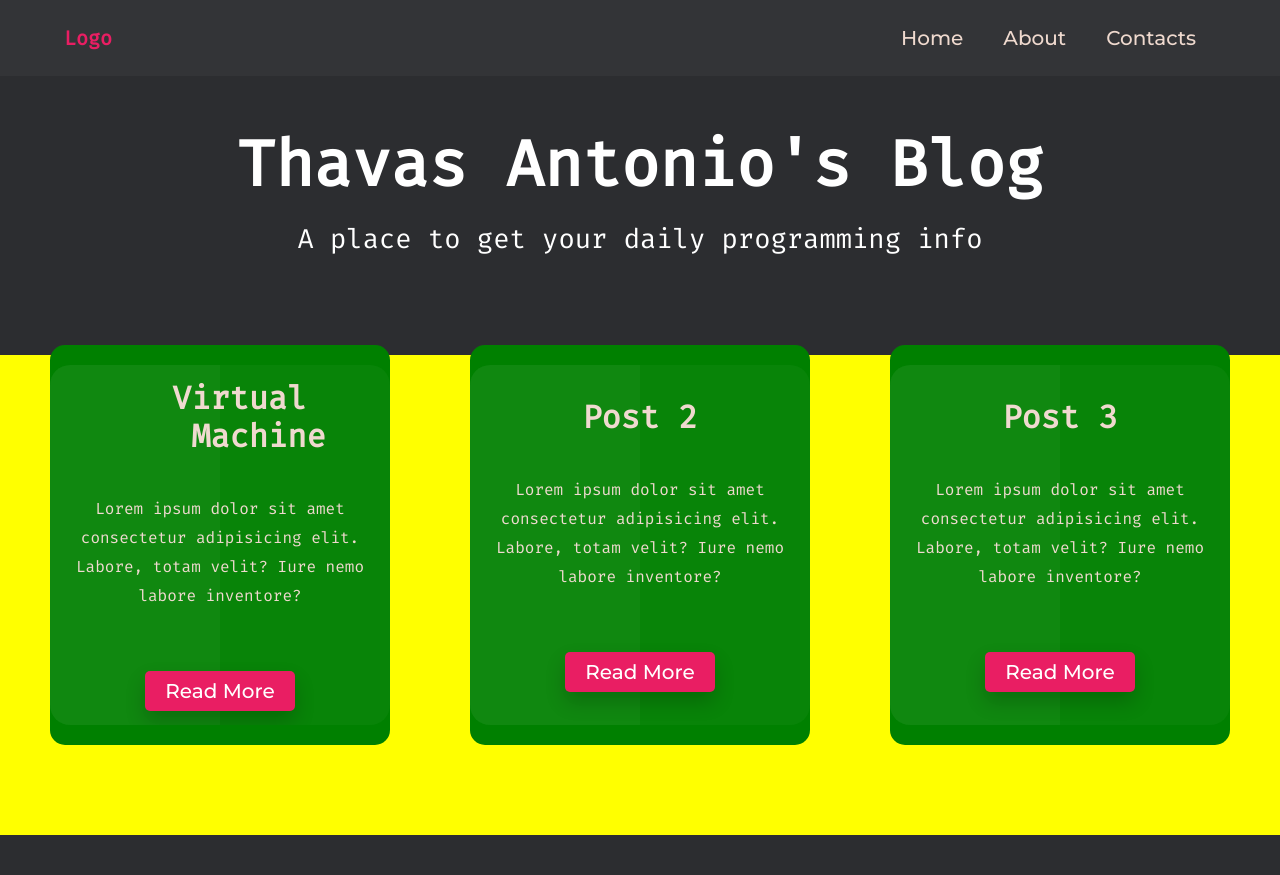
Repository: BuddyBob/thavasantonio
Page: /
The author's editor kept a copy of each file at every save. The page is drawn from the files as they stood at one save, then again after the next save.
The browser window is 1280 px wide. The pictures show the whole page.
The project was rebuilt for these pictures with package versions that can differ from the ones it lists, and the page was loaded fresh each time. A package was used in the major version that the imports need, not the one package.json lists. Also part of the build but not shown: src/components/CodeBlock.js, src/components/Pages/Virtual-Machine/VM.css, src/components/Pages/Virtual-Machine/VM.js.

Above is the page before, as saved 2021-08-20 15:25:30.

### public/index.html
<!DOCTYPE html>
<html lang="en">
  <head>
    <meta charset="utf-8" />
    <link rel="icon" href="%PUBLIC_URL%/favicon.ico" />
    <meta name="viewport" content="width=device-width, initial-scale=1" />
    <meta name="theme-color" content="#000000" />
    <link rel="preconnect" href="https://fonts.googleapis.com">
    <link rel="preconnect" href="https://fonts.gstatic.com" crossorigin>
    <meta
      name="description"
      content="Web site created using create-react-app"
    />
    <!-- google fonts -->
    <link href="https://fonts.googleapis.com/css2?family=Fira+Mono&display=swap" rel="stylesheet">

    <!-- code highligter -->

    <link rel="apple-touch-icon" href="%PUBLIC_URL%/logo192.png" />
    <link rel="manifest" href="%PUBLIC_URL%/manifest.json" />
    <title>thavasantonio</title>
  </head>
  <body>
    <noscript>You need to enable JavaScript to run this app.</noscript>
    <div id="root"></div>
  </body>
</html>

### src/index.css
:root {
  --background-color: #2c2d30;
  --text-color: #EFD9CE;
  --highlight-color: #e91e63;
  --white: white;
}

* {
  margin: 0;
  padding: 0;
  font-family: "Fira Mono","Poppins", sans-serif;
}

body {
  justify-content: center;
  align-items: center;
  background: var(--background-color);
}
.post-title{
  font-family: "Poppins", "Fira Mono", sans-serif;
  color:var(--highlight-color);
  font-size:2.5em;
  margin-top:7%;
  margin-bottom:4%;

}

p{
  font-family: "Fira Mono", "Poppins", sans-serif;
  font-size:16pt;
  color: var(--text-color);
  line-height:180%;
  margin-top:40px;
  margin-bottom:40px;
}

/*
.########.....###....##....##.##....##.########.########.
.##.....##...##.##...###...##.###...##.##.......##.....##
.##.....##..##...##..####..##.####..##.##.......##.....##
.########..##.....##.##.##.##.##.##.##.######...########.
.##.....##.#########.##..####.##..####.##.......##...##..
.##.....##.##.....##.##...###.##...###.##.......##....##.
.########..##.....##.##....##.##....##.########.##.....##
*/
.img-container {
  position: relative;
  height:100%;
  margin-bottom:100px;
  margin-top:50px;
}

.inner-container {
  text-align: center;
  position: relative;
  width: 100%;
  color: var(--white);

}

h1 {
  font-size: 4em;
}

h2 {
  margin-top:20px;
  font-size: 1.7em;
  text-align: center;
  font-weight: 400;
}

@media screen and (max-width:1260px){
  h1{
    font-size: 3em;
  }
  h2{
    font-size: 1.4em;
  }
}
@media only screen and (max-width:920px){
  .inner-container{
    margin-top: 100px;
  }
}

@media only screen and (max-width:540px){
  .inner-container{
    margin-top:150px;
  }
  h1{
    font-size: 2.5em;
  }
  h2{
    font-size: 1.4em;
  }
}

### src/components/Card.css
@import url("https://fonts.googleapis.com/css2?family=Poppins:wght@300;400;500;700;800&display=swap");

body .card-container {
  display: flex;
  justify-content: center;
  align-items: center;
  flex-wrap: wrap;
  margin: 40px 0;
  background-color:yellow
}

body .card-container .card {
  background-color:green;
  position: relative;
  min-width: 340px;
  height: 400px;
  border-radius: 15px;
  margin: 40px;
  transition: 0.5s;
  bottom:50px;
}



body .card-container .card .box {
  position: absolute;
  top: 20px;
  left: 0px;
  right: 0px;
  bottom: 20px;
  border-radius: 20px;
  display: flex;
  justify-content: center;
  align-items: center;
  overflow: hidden;
  transition: 0.2s;
  background: rgba(255, 255, 255, 0.03);
}

body .card-container .card .box:hover {
  transform: translateY(-20px);
}

body .card-container .card .box:before {
  content: "";
  position: absolute;
  top: 0;
  left: 0;
  width: 50%;
  height: 100%;
  background: rgba(255, 255, 255, 0.03);
}

body .card-container .card .box .content {
  padding: 20px;
  text-align: center;
}


body .card-container .card .box .content h3 {
  font-size: 2rem;
  color: var(--text-color);
  z-index: 1;
  transition: 0.5s;
  margin-bottom: 15px;
}

body .card-container .card .box .content p {
  font-size: 1rem;
  font-weight: 300;
  color: var(--text-color);
  z-index: 1;
  transition: 0.5s;
}

.card-button {
  position: relative;
  display: inline-block;
  padding: 8px 20px;
  background-color: #e91e63;
  border-radius: 5px;
  text-decoration: none;
  color: white;
  margin-top: 20px;
  box-shadow: 0 10px 20px rgba(0, 0, 0, 0.2);
  transition: 0.5s;
}
.card-button:hover {
  box-shadow: 0 10px 20px rgba(0, 0, 0, 0.6);
  background: var(--text-color);
  color: #000;
}

### src/components/NavBar.css
@import url('https://fonts.googleapis.com/css2?family=Montserrat:wght@500&display=swap');w

li, a{
    font-family: "Montserrat", sans-serif;
    color:var(--text-color);
    font-size: 20px;
    text-decoration:none;
}
header {
    display:flex;
    justify-content:flex-end;
    align-items:center;
    padding:26px 5%;
    background-color:rgba(255, 255, 255, 0.03)
}

.logo{
    cursor:pointer;
    margin-right:auto;
    font-size: 20px;
    color:var(--highlight-color)
}

.nav_links{
    list-style:none;
}

.nav_links li{
    display:inline-block;
    padding:0px 20px;
}

.nav_links li a{
    transition: all 0.3s ease 0s;
}

.nav_links li a:hover{
    color:var(--highlight-color)
}

### src/Home.js
import React from 'react'
import Card from './components/Card'
import NavBar from './components/NavBar'
export default function Home() {
    return (
        <div>
            {/* nav bar */}
            <div>
                <NavBar/>
            </div>
            {/* banner */}
            <div className="img-container">
                <div className="inner-container">
                    <h1>Thavas Antonio's Blog</h1>
                    <h2>A place to get your daily programming info</h2>
                </div>
            </div>
            {/* post cards */}
            <div className="posts">
                <div className="card-container">
                    <Card link="virtual-machine" title="&ensp;&nbsp;&nbsp;&nbsp;Virtual &ensp;&nbsp;&nbsp;&nbsp; Machine" description="Lorem ipsum dolor sit amet consectetur adipisicing elit. Labore, totam velit? Iure nemo labore inventore?"/>
                    <Card title="Post 2" description="Lorem ipsum dolor sit amet consectetur adipisicing elit. Labore, totam velit? Iure nemo labore inventore?"/>
                    <Card title="Post 3" description="Lorem ipsum dolor sit amet consectetur adipisicing elit. Labore, totam velit? Iure nemo labore inventore?"/>
                </div>
            </div>

        </div>
    )
}

### src/components/Card.js
import React from 'react'
import { Link } from 'react-router-dom'
export default function Card(props) {
    return (
            <div className="card">
                <div className="box">
                    <div className="content">
                        <h3>{props.title}</h3>
                        <p>{props.description}</p>
                        <Link to={"/"+props.link} className="card-button" href="#">Read More</Link>
                    </div>
                </div>
            </div>
    )
}

### src/components/NavBar.js
import React from 'react'
import { Link } from 'react-router-dom'
export default function NavBar() {
    return (
        <div>
            <header>
                <h4 className="logo">Logo</h4>
                <nav>
                    <ul className="nav_links">
                        <li><Link to="/">Home</Link></li>
                        <li><Link to="/about">About</Link></li>
                        <li><Link to="/contacts">Contacts</Link></li>
                    </ul>
                </nav>
            </header>
        </div>
    )
}

Loaded but not shown: src/index.js (common file); src/App.js (common file)

After the next save:
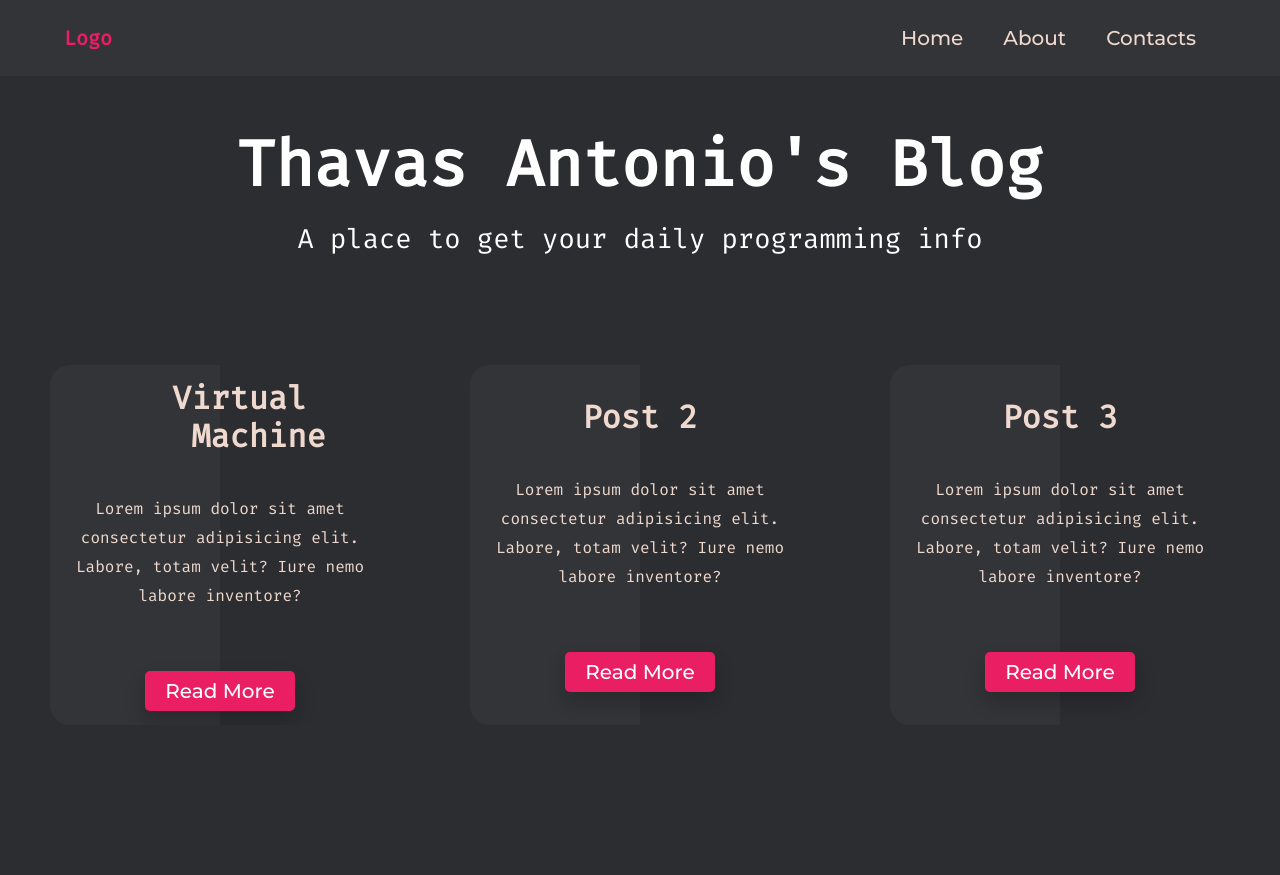
Saved 30 s later.
--- a/src/components/Card.css
+++ b/src/components/Card.css
@@ -6,11 +6,9 @@ body .card-container {
   align-items: center;
   flex-wrap: wrap;
   margin: 40px 0;
-  background-color:yellow
 }
 
 body .card-container .card {
-  background-color:green;
   position: relative;
   min-width: 340px;
   height: 400px;
@@ -34,7 +32,6 @@ body .card-container .card .box {
   align-items: center;
   overflow: hidden;
   transition: 0.2s;
-  background: rgba(255, 255, 255, 0.03);
 }
 
 body .card-container .card .box:hover {
